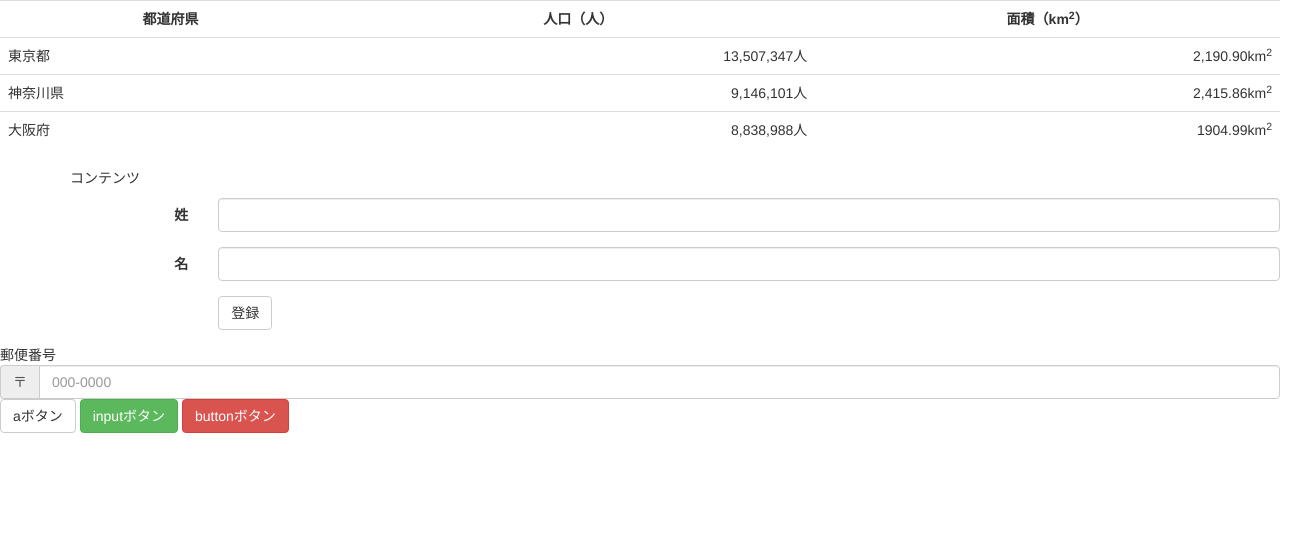
Repository: tsukasanakashima/kadai-tasklist2
Page: Bootstrap Template.html
The author's editor kept a record of every edit. The page is drawn from the files as they stood at one moment, then again after the next edit.
The browser window is 1280 px wide. The page is 1295 px wide, so the pictures cover 1295 px, including what lies to the right of the window. The pictures show the whole page.

Above is the page before.

After the next edit:
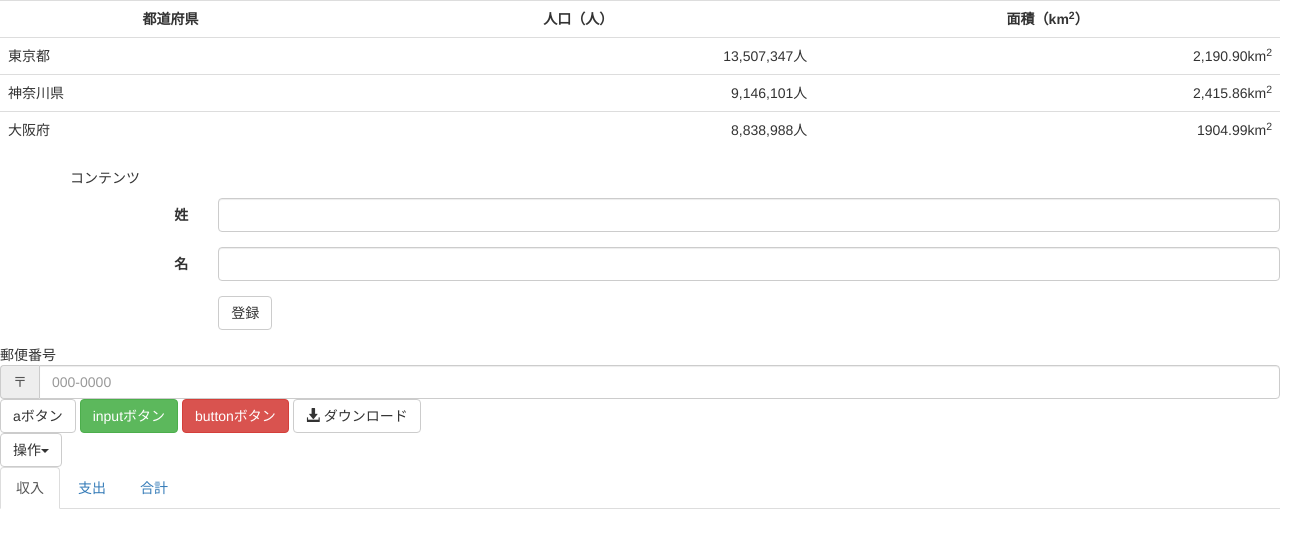
The edit:
--- a/Bootstrap Template.html
+++ b/Bootstrap Template.html
@@ -82,5 +82,29 @@
 <input type="submit" class="btn btn-success" value="inputボタン">
 <button class="btn btn-danger" type="submit">buttonボタン</button>
 
+<button type="button" class="btn btn-default">
+  <span class="glyphicon glyphicon-download-alt"></span>
+  ダウンロード
+</button>
+
+<div class="dropdown">
+  <button type="button" class="btn btn-default dropdown-toggle" data-toggle="dropdown">
+    操作<span class="caret"></span>
+  </button>
+  <!-- choices -->
+  <ul class="dropdown-menu">
+    <li><a href="#">返信</a></li>
+    <li><a href="#">転送</a></li>
+    <li role="separator" class="divider"></li>
+    <li><a href="#">削除</a></li>
+  </ul>
+</div>
+
+<ul class="nav nav-tabs">
+  <li class="active"><a href="#">収入</a></li>
+  <li><a href="#">支出</a></li>
+  <li><a href="#">合計</a></li>
+</ul>
+
     </body>
 </html>
